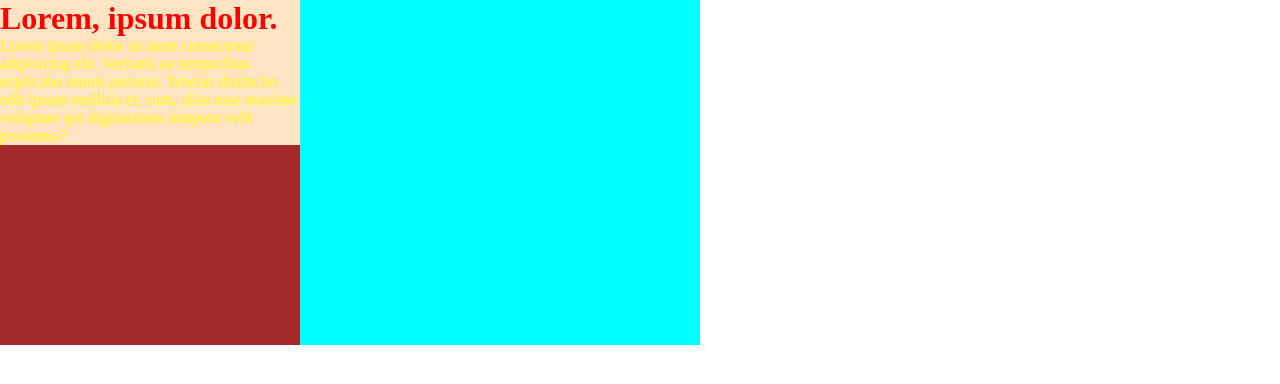
Repository: AytacSafarova/Scss-sample
Page: pages/homePage/index.html
These files come from the project's save history. The page is drawn as it stood at one moment and after the next save; the edit follows.
The browser window is 1280 px wide. The pictures show the whole page.
The style sheet was rebuilt from its Sass, Less or Tailwind sources for each picture, by a compiler version that may differ from the author's.

Above is the page before, as saved 2023-11-07 11:54:25.

After the next save:
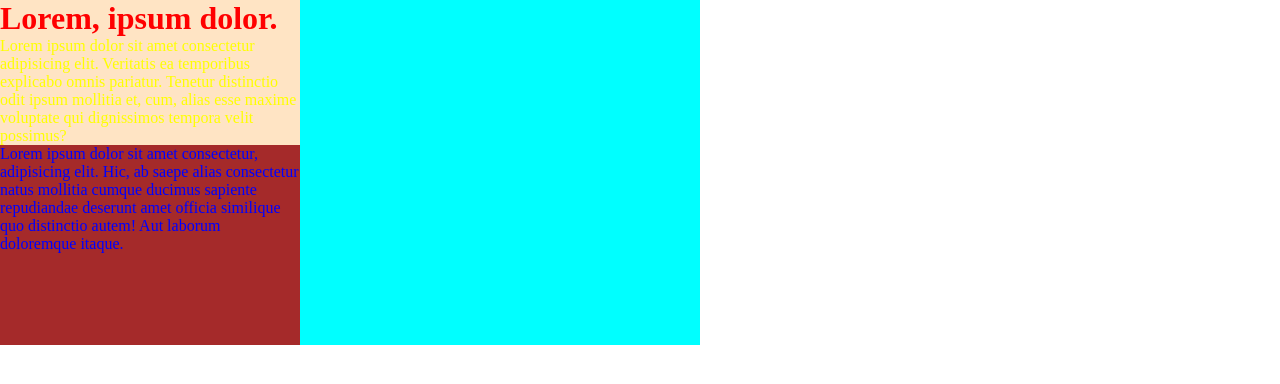
Saved 5 s later.
--- a/pages/homePage/index.html
+++ b/pages/homePage/index.html
@@ -13,7 +13,9 @@
             <h1>Lorem, ipsum dolor.</h1>
             <p>Lorem ipsum dolor sit amet consectetur adipisicing elit. Veritatis ea temporibus explicabo omnis pariatur. Tenetur distinctio odit ipsum mollitia et, cum, alias esse maxime voluptate qui dignissimos tempora velit possimus?</p>
         </div>
-        <div class="child-1"></div>
+        <div class="child-1">
+            <p>Lorem ipsum dolor sit amet consectetur, adipisicing elit. Hic, ab saepe alias consectetur natus mollitia cumque ducimus sapiente repudiandae deserunt amet officia similique quo distinctio autem! Aut laborum doloremque itaque.</p>
+        </div>
     </div>
 </body>
 </html>
